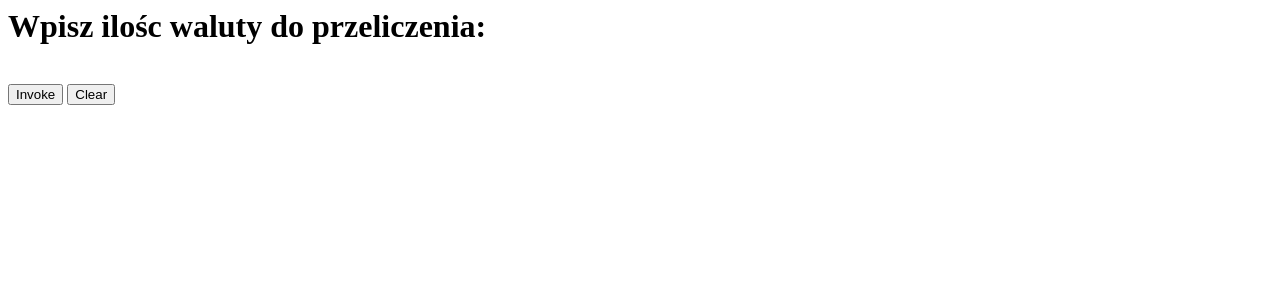
Repository: kuska-marcin/SRIR
Page: http://localhost/KantorWSClient/sampleKantorPrzeliczProxy/Input.jsp?method=2
These files come from the project's save history. The page is drawn as it stood at one moment and after the next save; the edit follows.
The browser window is 1280 px wide. The pictures show the whole page.
The page is served by Tomcat 9. Other server files are loaded and not shown.

Above is the page before, as saved 2016-01-12 22:21:45.

### KantorWSClient/WebContent/sampleKantorPrzeliczProxy/Input.jsp
<%@page contentType="text/html;charset=UTF-8"%>
<HTML>
<HEAD>
<TITLE>Wprowadź</TITLE>
</HEAD>
<BODY>
<H1>Wpisz ilośc waluty do przeliczenia:</H1>

<%
String method = request.getParameter("method");
int methodID = 0;
if (method == null) methodID = -1;

boolean valid = true;

if(methodID != -1) methodID = Integer.parseInt(method);
switch (methodID){
case 2:
valid = false;
%>
<FORM METHOD="POST" ACTION="Result.jsp" TARGET="result">
<INPUT TYPE="HIDDEN" NAME="method" VALUE="<%=org.eclipse.jst.ws.util.JspUtils.markup(method)%>">
<BR>
<INPUT TYPE="SUBMIT" VALUE="Invoke">
<INPUT TYPE="RESET" VALUE="Clear">
</FORM>
<%
break;
case 5:
valid = false;
%>
<FORM METHOD="POST" ACTION="Result.jsp" TARGET="result">
<INPUT TYPE="HIDDEN" NAME="method" VALUE="<%=org.eclipse.jst.ws.util.JspUtils.markup(method)%>">
<TABLE>
<TR>
<TD COLSPAN="1" ALIGN="LEFT">endpoint:</TD>
<TD ALIGN="left"><INPUT TYPE="TEXT" NAME="endpoint8" SIZE=20></TD>
</TR>
</TABLE>
<BR>
<INPUT TYPE="SUBMIT" VALUE="Invoke">
<INPUT TYPE="RESET" VALUE="Clear">
</FORM>
<%
break;
case 10:
valid = false;
%>
<FORM METHOD="POST" ACTION="Result.jsp" TARGET="result">
<INPUT TYPE="HIDDEN" NAME="method" VALUE="<%=org.eclipse.jst.ws.util.JspUtils.markup(method)%>">
<BR>
<INPUT TYPE="SUBMIT" VALUE="Invoke">
<INPUT TYPE="RESET" VALUE="Clear">
</FORM>
<%
break;
case 13:
valid = false;
%>
<FORM METHOD="POST" ACTION="Result.jsp" TARGET="result">
<INPUT TYPE="HIDDEN" NAME="method" VALUE="<%=org.eclipse.jst.ws.util.JspUtils.markup(method)%>">
<TABLE>
<TR>
<TD COLSPAN="1" ALIGN="LEFT">value:</TD>
<TD ALIGN="left"><INPUT TYPE="TEXT" NAME="value16" SIZE=20></TD>
</TR>
</TABLE>
<BR>
<INPUT TYPE="SUBMIT" VALUE="Invoke">
<INPUT TYPE="RESET" VALUE="Clear">
</FORM>
<%
break;
case 18:
valid = false;
%>
<FORM METHOD="POST" ACTION="Result.jsp" TARGET="result">
<INPUT TYPE="HIDDEN" NAME="method" VALUE="<%=org.eclipse.jst.ws.util.JspUtils.markup(method)%>">
<TABLE>
<TR>
<TD COLSPAN="1" ALIGN="LEFT">value:</TD>
<TD ALIGN="left"><INPUT TYPE="TEXT" NAME="value21" SIZE=20></TD>
</TR>
</TABLE>
<BR>
<INPUT TYPE="SUBMIT" VALUE="Invoke">
<INPUT TYPE="RESET" VALUE="Clear">
</FORM>
<%
break;
case 1111111111:
valid = false;
%>
<FORM METHOD="POST" ACTION="Result.jsp" TARGET="result">
<INPUT TYPE="HIDDEN" NAME="method" VALUE="<%=org.eclipse.jst.ws.util.JspUtils.markup(method)%>">
<TABLE>
<TR>
<TD COLSPAN="1" ALIGN="LEFT">URLString:</TD>
<TD ALIGN="left"><INPUT TYPE="TEXT" NAME="url1111111111" SIZE=20></TD>
</TR>
</TABLE>
<BR>
<INPUT TYPE="SUBMIT" VALUE="Invoke">
<INPUT TYPE="RESET" VALUE="Clear">
</FORM>
<%
break;
case 1111111112:
valid = false;
%>
<FORM METHOD="POST" ACTION="Result.jsp" TARGET="result">
<INPUT TYPE="HIDDEN" NAME="method" VALUE="<%=org.eclipse.jst.ws.util.JspUtils.markup(method)%>">
<BR>
<INPUT TYPE="SUBMIT" VALUE="Invoke">
<INPUT TYPE="RESET" VALUE="Clear">
</FORM>
<%
break;
}
if (valid) {
%>
Select a method to test.
<%
}
%>

</BODY>
</HTML>

After the next save:
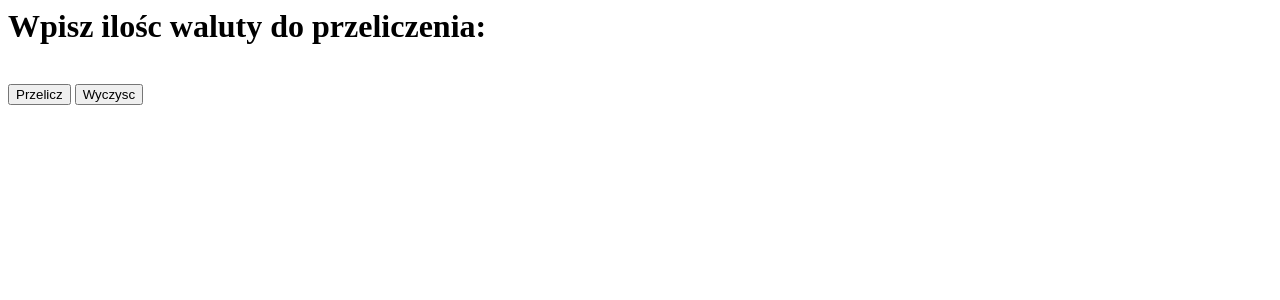
Saved 56 s later.
--- a/KantorWSClient/WebContent/sampleKantorPrzeliczProxy/Input.jsp
+++ b/KantorWSClient/WebContent/sampleKantorPrzeliczProxy/Input.jsp
@@ -21,8 +21,8 @@ valid = false;
 <FORM METHOD="POST" ACTION="Result.jsp" TARGET="result">
 <INPUT TYPE="HIDDEN" NAME="method" VALUE="<%=org.eclipse.jst.ws.util.JspUtils.markup(method)%>">
 <BR>
-<INPUT TYPE="SUBMIT" VALUE="Invoke">
-<INPUT TYPE="RESET" VALUE="Clear">
+<INPUT TYPE="SUBMIT" VALUE="Przelicz">
+<INPUT TYPE="RESET" VALUE="Wyczysc">
 </FORM>
 <%
 break;
@@ -38,8 +38,8 @@ valid = false;
 </TR>
 </TABLE>
 <BR>
-<INPUT TYPE="SUBMIT" VALUE="Invoke">
-<INPUT TYPE="RESET" VALUE="Clear">
+<INPUT TYPE="SUBMIT" VALUE="Przelicz">
+<INPUT TYPE="RESET" VALUE="Wyczysc">
 </FORM>
 <%
 break;
